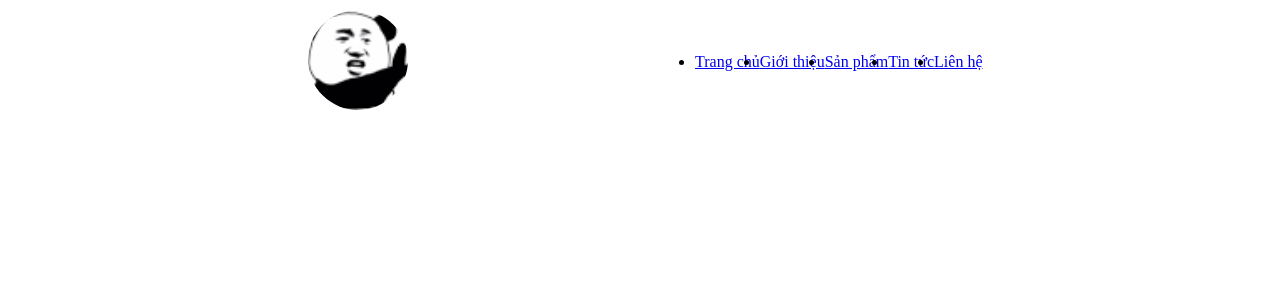
Repository: ThuatDev/BTVN_FE_JUNE
Page: buoi6.html
These files come from the project's save history. The page is drawn as it stood at one moment and after the next save; the edit follows.
The browser window is 1280 px wide. The pictures show the whole page.

Above is the page before, as saved 2023-08-12 16:12:35.

After the next save:
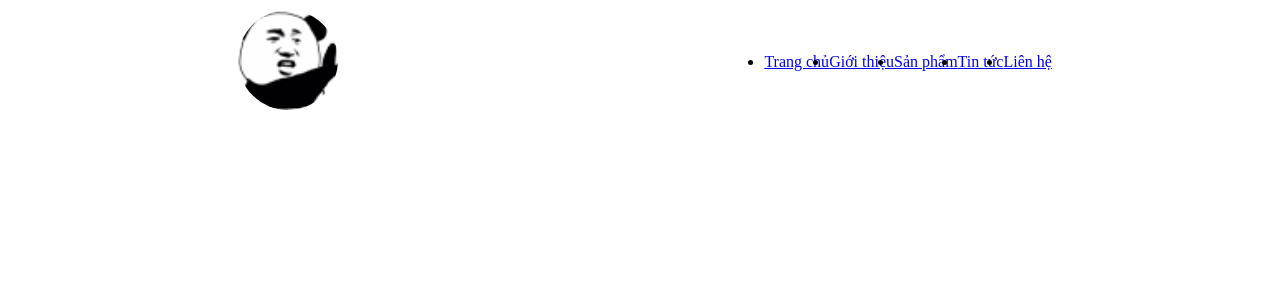
Saved 5 s later.
--- a/assets/style.css
+++ b/assets/style.css
@@ -17,7 +17,7 @@
 }
 .navbar {
   display: flex;
-  justify-content: space-evenly;
+  justify-content: space-around;
   align-items: center;
   padding: 0 20px;
 }
